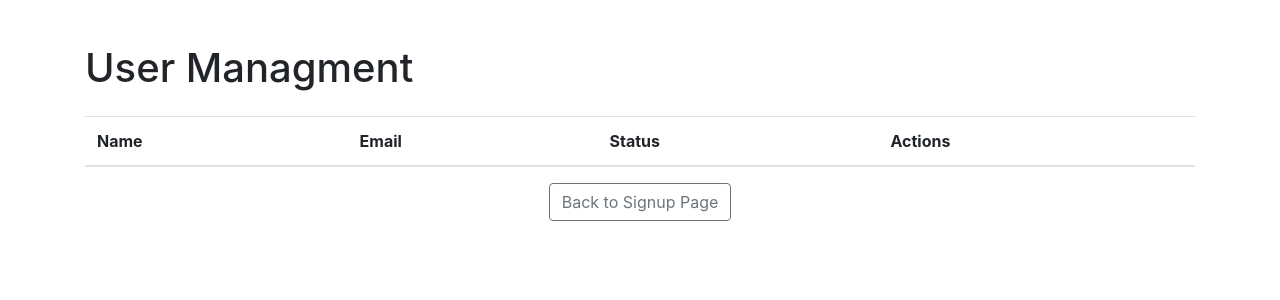
Repository: rmdayberry/yodlr-take-home
Page: public/admin.html
The author's editor kept a copy of each file at every save. The page is drawn from the files as they stood at one save, then again after the next save.
The browser window is 1280 px wide. The pictures show the whole page.
The page's requests for data from a server got no answer.

Above is the page before, as saved 2024-10-09 10:30:22.

### public/admin.html
<!DOCTYPE html>
<html lang="en">
  <head>
    <meta charset="UTF-8" />
    <meta name="viewport" content="width=device-width, initial-scale=1.0" />
    <title>Admin Page - User Management</title>
    <link rel="stylesheet" href="css/styles.css" />
    <link rel="stylesheet" href="css/admin.css" />
    <link
      rel="stylesheet"
      href="https://stackpath.bootstrapcdn.com/bootstrap/4.5.2/css/bootstrap.min.css"
    />
    <script src="https://code.jquery.com/jquery-3.6.0.min.js"></script>
  </head>
  <body>
    <div class="container">
      <h1 class="mt-4">User Managment</h1>
      <table class="table mt-4" id="userTable">
        <thead>
          <tr>
            <th>Name</th>
            <th>Email</th>
            <th>Status</th>
            <th>Actions</th>
          </tr>
        </thead>
        <tbody id="userTableBody">
          <!-- User rows will be populated here -->
        </tbody>
      </table>
      <div class="text-center">
        <p>
          <a href="/signup.html" class="btn btn-outline-secondary"
            >Back to Signup Page</a
          >
        </p>
      </div>
    </div>

    <script>
      let users = []; //Empty array to hold user data

      // Fetch users from the server
      function fetchUsers() {
        $.ajax({
          type: "GET",
          url: "http://localhost:3000/users",
          success: function (response) {
            users = response; // Store the user data
            updateUserTable(); // Call function to render table
          },
          error: function (err) {
            console.error("Error fetching users:", err);
          },
        });
      }

      // Change user status
      function changeUserStatus(userId, newStatus) {
        const user = users.find((u) => u.id === userId);
        if (user) {
          // Update only the status
          user.status = newStatus;

          // Make AJAX request to update user on the server
          $.ajax({
            type: "PUT",
            url: `http://localhost:3000/users/${userId}`,
            data: JSON.stringify({
              ...user, // Spread operator to include all user properties
              status: newStatus, // Update only status
            }),
            contentType: "application/json",
            success: function (response) {
              console.log("User updated successfully:", response);
              updateUserTable(); // Refresh user table
            },
            error: function (err) {
              console.error("Error updating user:", err);
            },
          });
        } else {
          console.error("User not found");
        }
      }

      //Delete user function
      function deleteUser(userId) {
        $.ajax({
          type: "DELETE",
          url: `http://localhost:3000/users/${userId}`,
          success: function (response) {
            console.log("User deleted successfully:", response);
            //Remove user from array
            users = users.filter((user) => user.id !== userId);
            updateUserTable();
          },
          error: function (err) {
            console.error("Error deleting user:", err);
          },
        });
      }

      // Render users in the table
      function updateUserTable() {
        const tableBody = $("#userTableBody");
        tableBody.empty(); // Clear existing table body

        users.forEach((user) => {
          const row = `<tr>
                    <td>${user.firstName} ${user.lastName}</td>
                    <td>${user.email}</td>
                    <td>${user.status}</td>
                    <td>
                        <button onclick="changeUserStatus(${user.id}, 'inactive')" class="btn btn-warning">Set Inactive</button>
                        <button onclick="changeUserStatus(${user.id}, 'active')" class="btn btn-success">Set Active</button>
                        <button onclick="deleteUser(${user.id})" class="btn btn-danger">Delete</button>
                    </td>
                </tr>`;
          tableBody.append(row); // Add new row to the table
        });
      }

      // Fetch users when the page loads
      $(document).ready(function () {
        fetchUsers();
      });
    </script>
  </body>
</html>

### public/css/styles.css
@import url("https://fonts.googleapis.com/css2?family=Roboto:wght@400;500;700&display=swap");

body {
  font-family: "Roboto", sans-serif;
  background-color: #f8f9fa;
  padding: 20px;
}

Loaded but not shown: public/css/admin.css (empty)

After the next save:
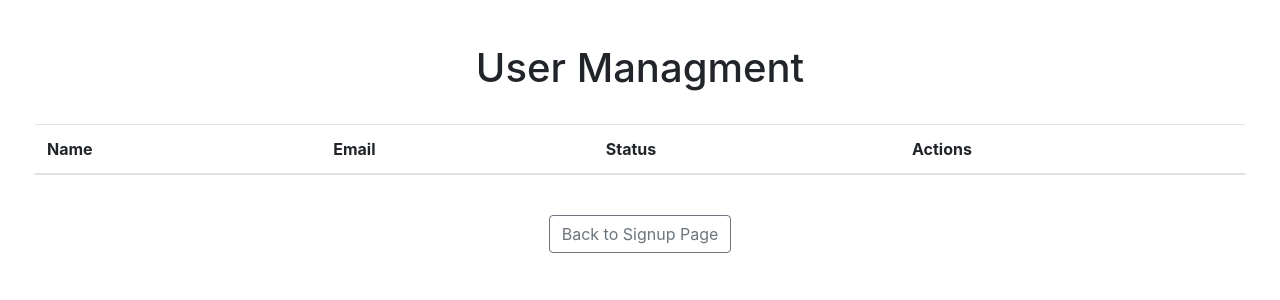
Saved 4 min 13 s later.
--- a/public/admin.html
+++ b/public/admin.html
@@ -13,27 +13,27 @@
     <script src="https://code.jquery.com/jquery-3.6.0.min.js"></script>
   </head>
   <body>
-    <div class="container">
-      <h1 class="mt-4">User Managment</h1>
-      <table class="table mt-4" id="userTable">
-        <thead>
-          <tr>
-            <th>Name</th>
-            <th>Email</th>
-            <th>Status</th>
-            <th>Actions</th>
-          </tr>
-        </thead>
-        <tbody id="userTableBody">
-          <!-- User rows will be populated here -->
-        </tbody>
-      </table>
-      <div class="text-center">
-        <p>
-          <a href="/signup.html" class="btn btn-outline-secondary"
-            >Back to Signup Page</a
-          >
-        </p>
+    <div class="container-fluid">
+      <h1 class="mt-4 text-center">User Managment</h1>
+      <div class="table-responsive">
+        <table class="table mt-4" id="userTable">
+          <thead>
+            <tr>
+              <th>Name</th>
+              <th>Email</th>
+              <th>Status</th>
+              <th>Actions</th>
+            </tr>
+          </thead>
+          <tbody id="userTableBody">
+            <!-- User rows will be populated here -->
+          </tbody>
+        </table>
+      </div>
+      <div class="text-center mt-4">
+        <a href="/signup.html" class="btn btn-outline-secondary"
+          >Back to Signup Page</a
+        >
       </div>
     </div>
 
